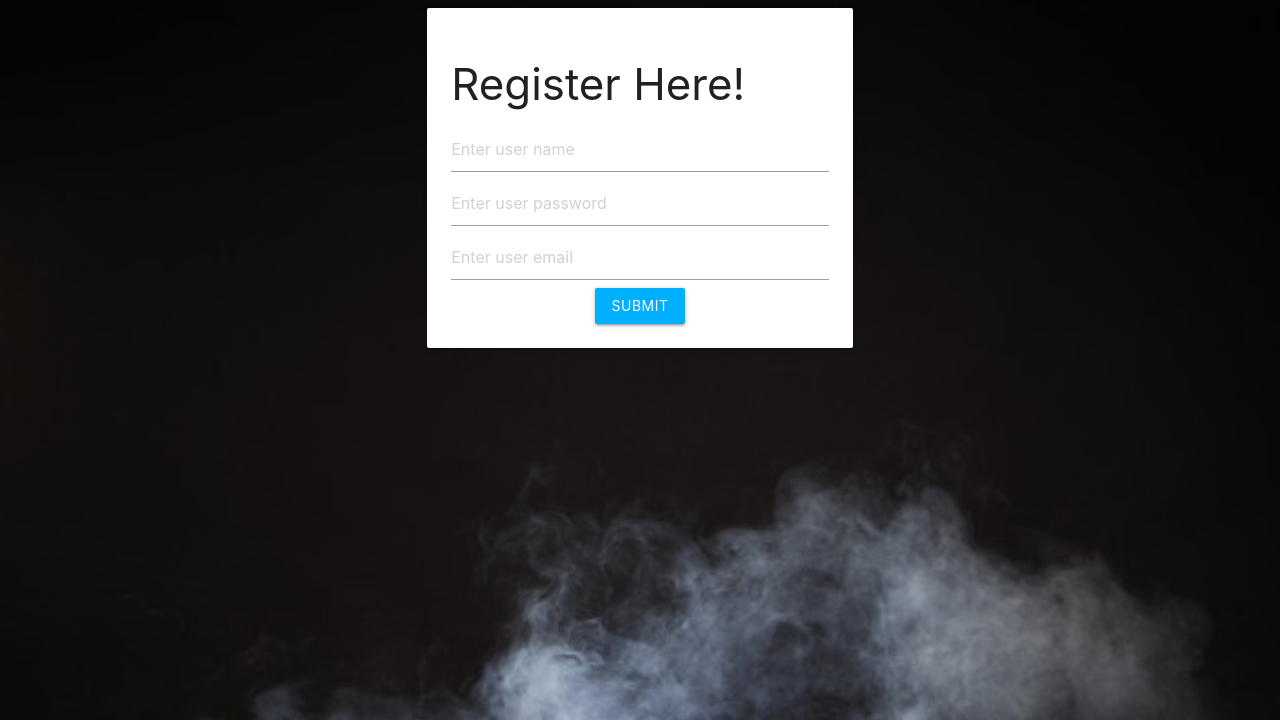
Repository: riddhiwho/Eclipse-Projects
Page: http://localhost/Register/signup.jsp
An editor plug-in stored every save of this project. The page is shown before and after the next save, followed by the edit.
The browser window is 1280 px wide. The pictures show the whole page.
The page is served by Tomcat 9.

Above is the page before, as saved 2021-06-05 06:04:31.

After the next save:
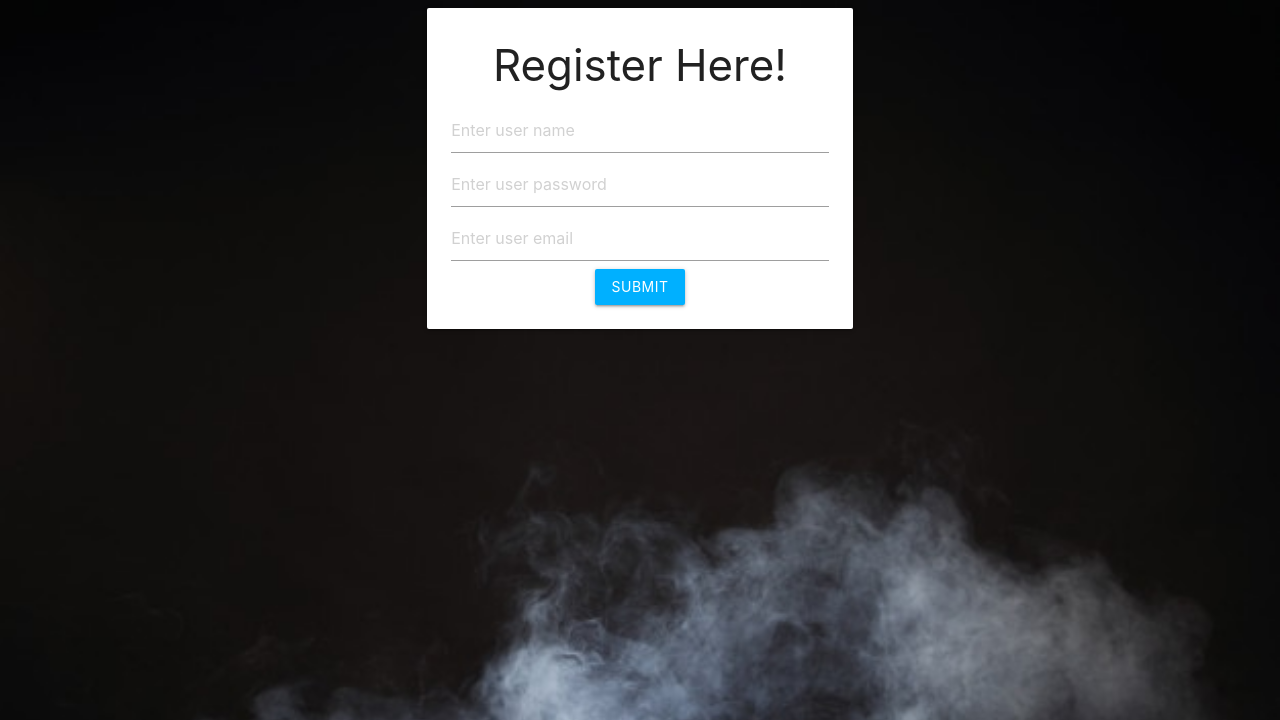
Saved 109 s later.
--- a/Register/src/main/webapp/signup.jsp
+++ b/Register/src/main/webapp/signup.jsp
@@ -19,7 +19,7 @@
 			<div class="col m6 offset-m3">
 				<div class="card">
 					<div class="card-content">
-						<h3>Register Here!</h3>
+						<h3 style="margin-top: 10px;" class="center-align">Register Here!</h3>
 
 						<div class="form center-align">
 
